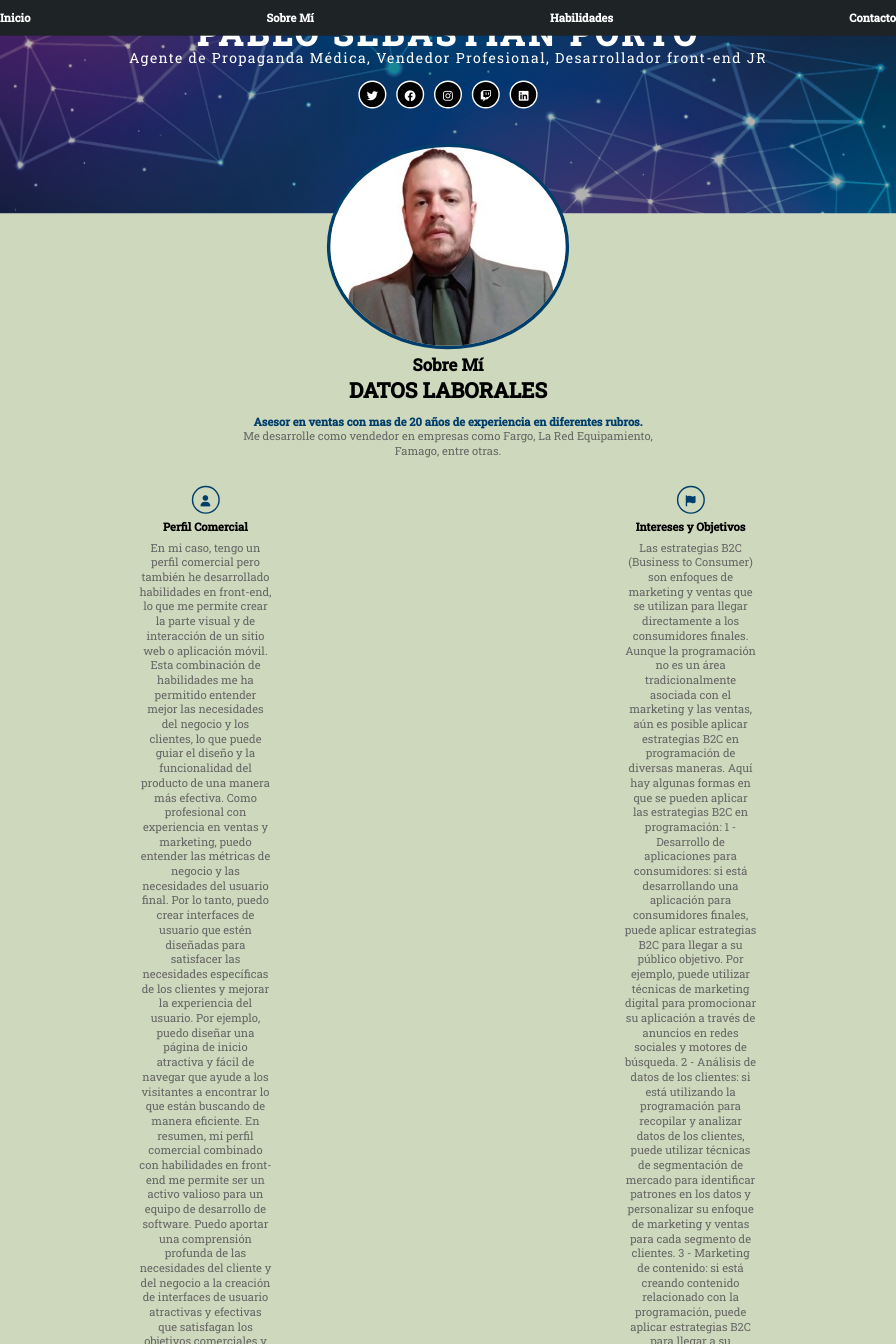
Repository: PabloSebastianPorto/Entrega-CV-1-ARG-PROG
Page: CVFINAL/CVfinal.HTML
The author's editor kept a copy of each file at every save. The page is drawn from the files as they stood at one save, then again after the next save.
The browser window is 1280 px wide. The pictures show the part of the page from y = 0 to 1920 px (the page is 2882 px tall before and 2947 px after), at 70% of full size.
Some web libraries are served in a nearby version.

Above is the page before, as saved 2023-02-28 11:00:41.

After the next save:
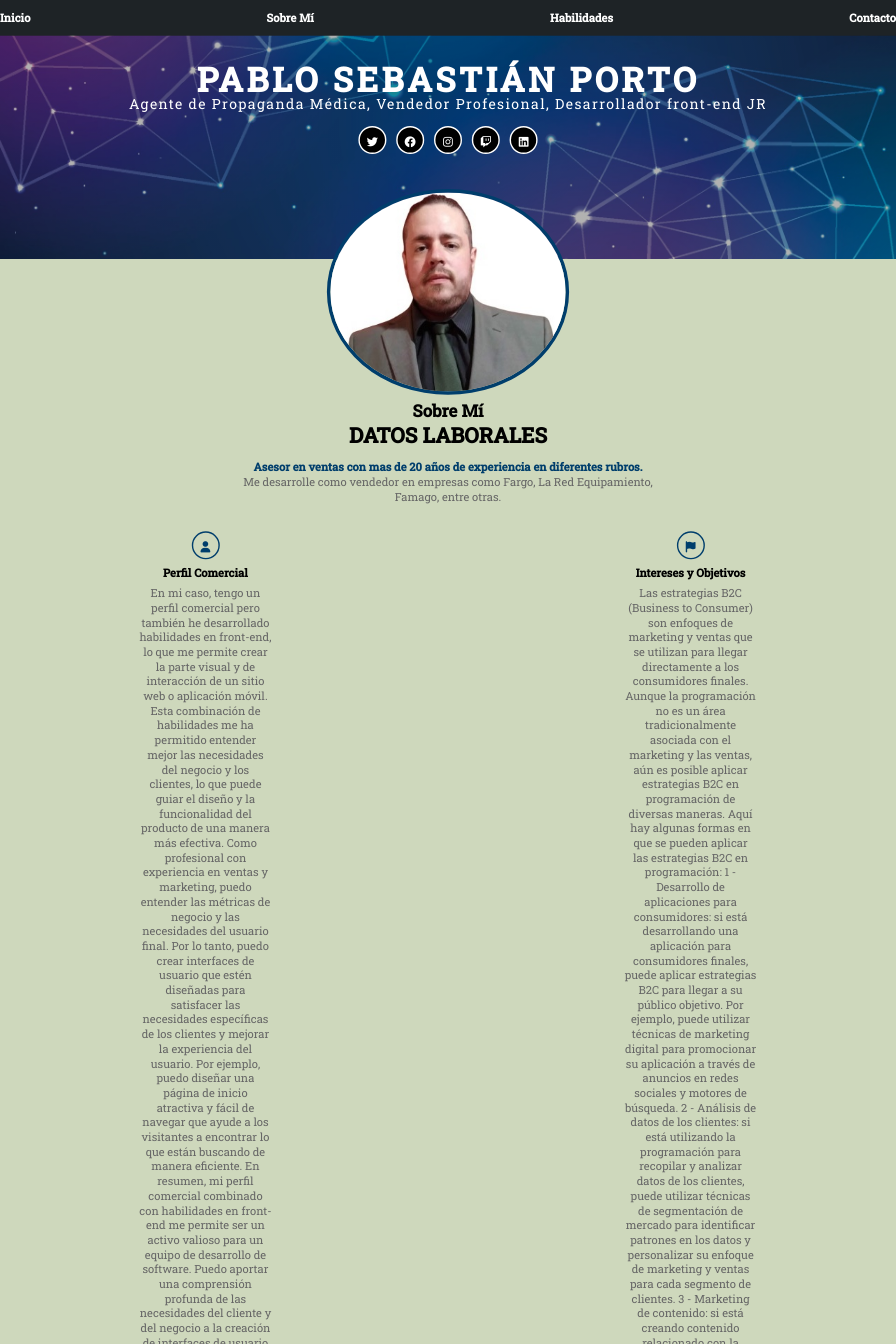
Saved 30 s later.
--- a/CVFINAL/CVfinal.css
+++ b/CVFINAL/CVfinal.css
@@ -28,8 +28,7 @@ html {
   padding: 0 10px;
 }
 .inicio .contenido-seccion header {
-  display: flex;
-  list-style: none;
+  padding: 30px;
 }
 .inicio .contenido-seccion header nav {
   background: #1e2326;
